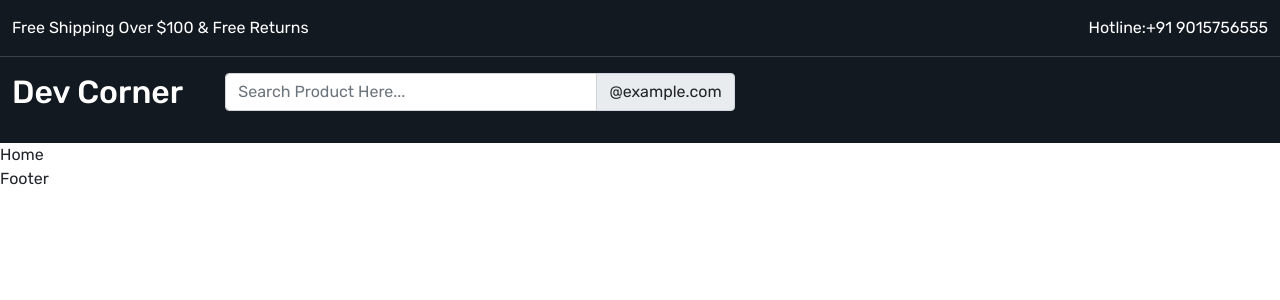
Repository: anamikatomar21/demo
Page: /
These files come from the project's save history. The page is drawn as it stood at one moment and after a run of saves; the edit follows.
The browser window is 1280 px wide. The pictures show the whole page.
The project was rebuilt for these pictures with package versions that can differ from the ones it lists, and the page was loaded fresh each time. Also part of the build but not shown: src/pages/About.js, src/pages/Contact.js.

Above is the page before, as saved 2023-05-13 14:14:28.

### public/index.html
<!DOCTYPE html>
<html lang="en">
  <head>
    <meta charset="utf-8" />
    <link rel="icon" href="%PUBLIC_URL%/favicon.ico" />
    <meta name="viewport" content="width=device-width, initial-scale=1" />
    <meta name="theme-color" content="#000000" />
    <meta
      name="description"
      content="Web site created using create-react-app"
    />
    <link rel="apple-touch-icon" href="%PUBLIC_URL%/logo192.png" />
    <link
      href="https://cdn.jsdelivr.net/npm/bootstrap@5.0.2/dist/css/bootstrap.min.css"
      rel="stylesheet"
      integrity="sha384-EVSTQN3/azprG1Anm3QDgpJLIm9Nao0Yz1ztcQTwFspd3yD65VohhpuuCOmLASjC"
      crossorigin="anonymous"
    />
    <link rel="manifest" href="%PUBLIC_URL%/manifest.json" />
    <link rel="preconnect" href="https://fonts.googleapis.com" />
    <link rel="preconnect" href="https://fonts.gstatic.com" crossorigin />
    <link
      href="https://fonts.googleapis.com/css2?family=Rubik:ital,wght@0,300;0,400;0,500;0,800;1,600&display=swap"
      rel="stylesheet"
    />
    <title>Ecommerce App</title>
  </head>
  <body>
    <noscript>You need to enable JavaScript to run this app.</noscript>
    <div id="root"></div>
    <script
      src="https://cdn.jsdelivr.net/npm/bootstrap@5.0.2/dist/js/bootstrap.bundle.min.js"
      integrity="sha384-MrcW6ZMFYlzcLA8Nl+NtUVF0sA7MsXsP1UyJoMp4YLEuNSfAP+JcXn/tWtIaxVXM"
      crossorigin="anonymous"
    ></script>
  </body>
</html>

### src/App.js
import React from "react";
import { BrowserRouter, Routes, Route } from "react-router-dom";
import "./App.css";
import Layout from "./components/Layout";
import Home from "./pages/Home";
import About from "./pages/About";
import Contact from "./pages/Contact";

function App() {
  return (
    <>
      <BrowserRouter>
        <Routes>
          <Route path="/" element={<Layout />}>
            <Route index element={<Home />} />
            <Route path="about" element={<About />} />
            <Route path="contact" element={<Contact />} />
          </Route>
        </Routes>
      </BrowserRouter>
    </>
  );
}

export default App;

### src/App.css
* {
  margin: 0;
  padding: 0;
  box-sizing: border-box;
}

:root {
  --color-131921: #131921;
  --color-3b4149: #3b4149;
}
body {
  font-family: "Rubik", sans-serif;
}

a {
  text-decoration: none;
  display: inline-block;
}

/* Header Part */

.header-top-strip {
  background-color: var(--color-131921);
  border-bottom: 1px solid var(--color-3b4149);
}

.header-upper {
  background-color: var(--color-131921);
}
/* Header Part End Here*/

### src/components/Layout.js
import React from "react";
import { Outlet } from "react-router-dom";
import Footer from "./Footer";
import Header from "./Header";

const Layout = () => {
  return (
    <>
      <Header />
      <Outlet />
      <Footer />
    </>
  );
};

export default Layout;

### src/components/Header.js
import React from "react";
import { NavLink, Link } from "react-router-dom";
import { BsSearch } from "react-icons/bs";

const Header = () => {
  return (
    <>
      <header className="header-top-strip py-3">
        <div className="container-xxl">
          <div className="row">
            <div className="col-6">
              <p className="text-white mb-0">
                Free Shipping Over $100 & Free Returns
              </p>
            </div>
            <div className="col-6">
              <p className="text-end text-white mb-0">
                Hotline:
                <a href="tel:+91 9015756555" className="text-white">
                  +91 9015756555
                </a>
              </p>
            </div>
          </div>
        </div>
      </header>

      <header className="header-upper py-3">
        <div className="container-xxl">
          <div className="row">
            <div className="col-2">
              <h2>
                <Link className="text-white">Dev Corner</Link>
              </h2>
            </div>
            <div className="col-5">
              <div className="input-group mb-3">
                <input
                  type="text"
                  class="form-control"
                  placeholder="Search Product Here..."
                  aria-label="Search Product Here..."
                  aria-describedby="basic-addon2"
                />
                <span className="input-group-text" id="basic-addon2">
                  @example.com
                </span>
              </div>
            </div>
            <div className="col-5"></div>
          </div>
        </div>
      </header>
    </>
  );
};

export default Header;

Loaded but not shown: src/index.js (common file); src/pages/Home.js (common file); src/components/Footer.js (common file)

After the next 2 saves:
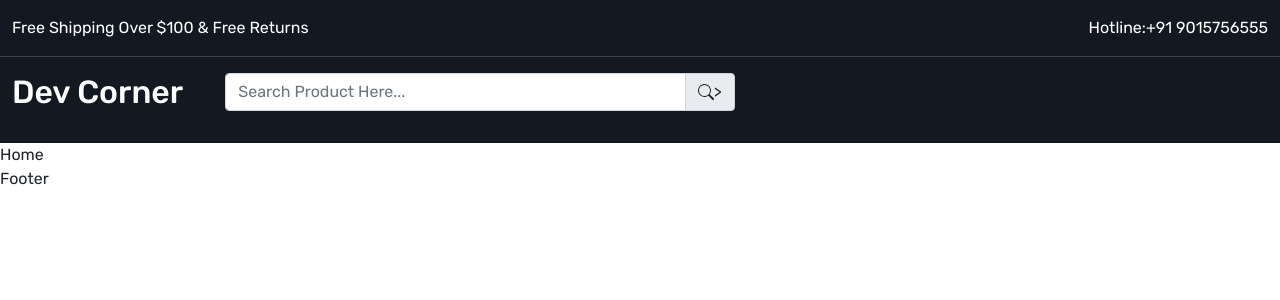
The 2 saves are shown as one change because they came seconds apart.
The last was saved 12 s later.
--- a/src/components/Header.js
+++ b/src/components/Header.js
@@ -43,7 +43,7 @@
                   aria-describedby="basic-addon2"
                 />
                 <span className="input-group-text" id="basic-addon2">
-                  @example.com
+                  <BsSearch />>{" "}
                 </span>
               </div>
             </div>
